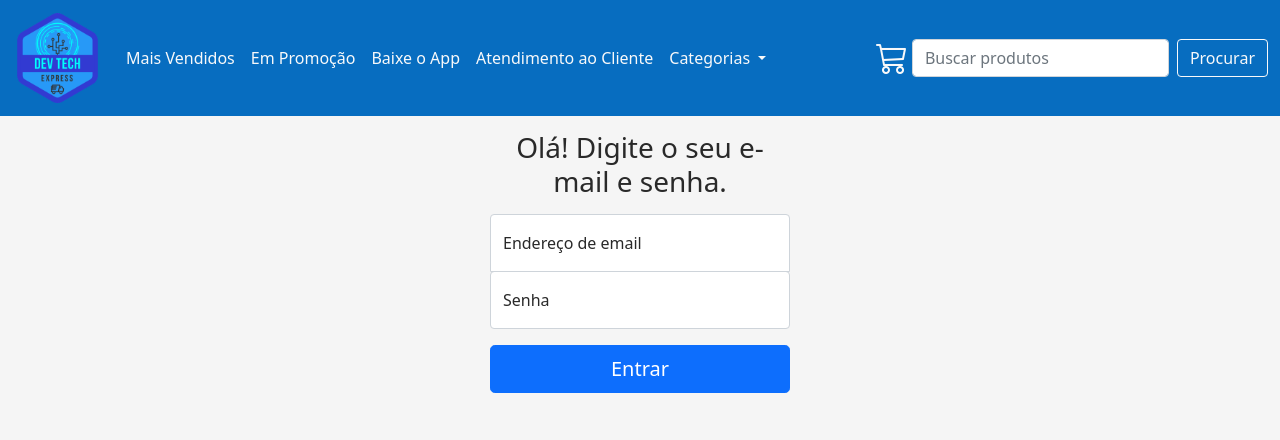
Repository: dantas-barreto/trabalho-interdisciplinar-IDW-IAP
Page: signin.html
The author's editor kept a copy of each file at every save. The page is drawn from the files as they stood at one save, then again after the next save.
The browser window is 1280 px wide. The pictures show the whole page.
Some web libraries are served in a nearby version.

Above is the page before, as saved 2021-11-30 22:35:00.

After the next save:
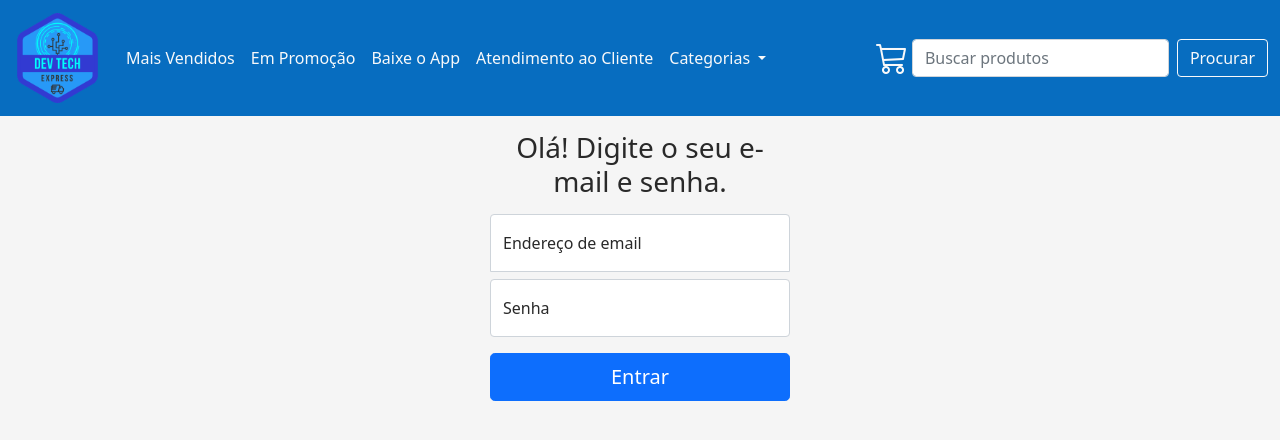
Saved 39 s later.
--- a/signin.html
+++ b/signin.html
@@ -113,7 +113,7 @@
     <main class="form-signin text-center">
       <form>
         <h1 class="h3 mb-3 fw-normal">Olá! Digite o seu e-mail e senha.</h1>
-        <div class="form-floating">
+        <div class="form-floating mb-2">
           <input
             type="email"
             class="form-control"
